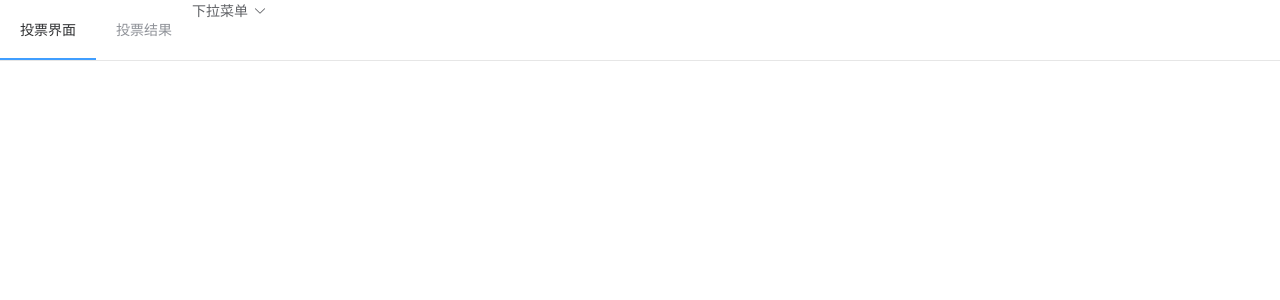
Repository: 280hhh/vote
Page: /#/home
The author's editor kept a copy of each file at every save. The page is drawn from the files as they stood at one save, then again after the next save.
The browser window is 1280 px wide. The pictures show the whole page.
The project was rebuilt for these pictures with package versions that can differ from the ones it lists, and the page was loaded fresh each time. Also part of the build but not shown: src/components/login.vue, src/components/register.vue, src/components/result.vue.

Above is the page before, as saved 2021-06-12 15:30:47.

### src/App.vue
<template>
    <div id="app">
      <router-view></router-view>
    </div>
</template>

<script>
export default {
  data(){
    return{

    }
  }
}
</script>

<style>
</style>

### src/router/index.js
import Vue from 'vue'
import VueRouter from 'vue-router'
import Login from '../components/login.vue'
import '../assets/css/global.css'
import Home from '../components/home.vue'
import Register from '../components/register.vue'
import Result from '../components/result.vue'


Vue.use(VueRouter)

const routes = [
  {path:'/',redirect:'/login'},
  {path:'/login',component:Login},
  {path:'/home',component:Home},
  {path:'/register',component:Register},
  {path:'/result',component:Result}
]

const router = new VueRouter({
  routes
})

export default router

### src/plugins/element.js
import Vue from 'vue'
import { Button } from 'element-ui'
import {Form,FormItem} from 'element-ui'
import {Input} from 'element-ui'
import {Message} from 'element-ui'
import {Menu} from 'element-ui'
import {MenuItem} from 'element-ui'
import {Submenu} from 'element-ui'
import {Dropdown,DropdownItem,DropdownMenu} from 'element-ui'

Vue.use(Button)
Vue.use(Form)
Vue.use(FormItem)
Vue.use(Input)
Vue.prototype.$message=Message
Vue.use(Menu)
Vue.use(MenuItem)
Vue.use(Submenu)
Vue.use(Dropdown)
Vue.use(DropdownItem)
Vue.use(DropdownMenu)

### src/assets/css/global.css
html,
body,
#app{
  height: 100%;
  margin: 0;
  padding: 0;
}

### src/components/home.vue
<template>
  <div>
        <el-menu :default-active="this.$route.path" router class="el-menu-demo" mode="horizontal">
        <el-menu-item v-for="(item,i) in nvaList" :key="i" :index="item.name">
          <template slot="title">
           <span> {{ item.navItem }}</span>
         </template>
        </el-menu-item>
              <el-dropdown>
  <span class="el-dropdown-link">
    下拉菜单<i class="el-icon-arrow-down el-icon--right"></i>
  </span>
  <el-dropdown-menu slot="dropdown">
    <el-dropdown-item>黄金糕</el-dropdown-item>
    <el-dropdown-item>狮子头</el-dropdown-item>
    <el-dropdown-item>螺蛳粉</el-dropdown-item>
    <el-dropdown-item disabled>双皮奶</el-dropdown-item>
    <el-dropdown-item divided>蚵仔煎</el-dropdown-item>
  </el-dropdown-menu>
</el-dropdown>
      </el-menu>
  </div>
</template>

<script>
export default {
  data(){
    return{
      nvaList:[
        {name:'/home',navItem:'投票界面'},
        {name:'/result',navItem:'投票结果'}
      ]
    }
  },
  methods:{
  }
}
</script>

<style>

</style>

Loaded but not shown: public/index.html (common file); src/main.js (common file)

After the next save:
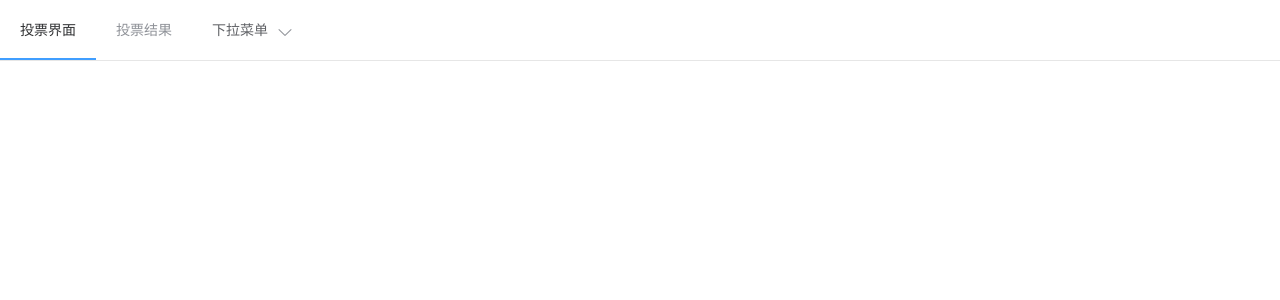
Saved 36 s later.
--- a/src/components/home.vue
+++ b/src/components/home.vue
@@ -6,7 +6,7 @@
            <span> {{ item.navItem }}</span>
          </template>
         </el-menu-item>
-              <el-dropdown>
+        <el-menu-item>      <el-dropdown>
   <span class="el-dropdown-link">
     下拉菜单<i class="el-icon-arrow-down el-icon--right"></i>
   </span>
@@ -17,7 +17,7 @@
     <el-dropdown-item disabled>双皮奶</el-dropdown-item>
     <el-dropdown-item divided>蚵仔煎</el-dropdown-item>
   </el-dropdown-menu>
-</el-dropdown>
+</el-dropdown></el-menu-item>
       </el-menu>
   </div>
 </template>
